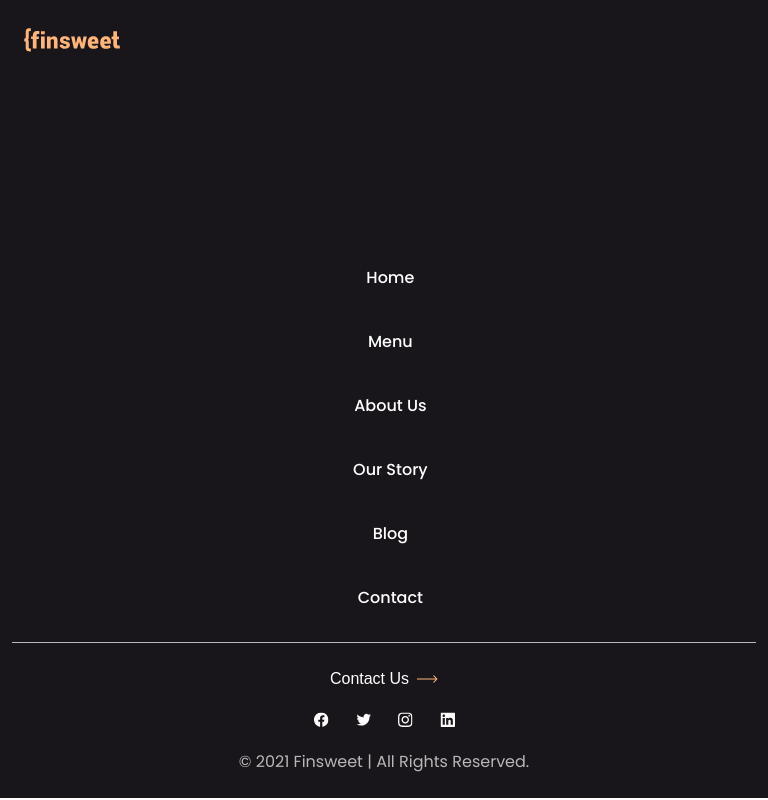
Repository: Minns-Cao/project-finsweet
Page: contact.html
These files come from the project's save history. The page is drawn as it stood at one moment and after the next save; the edit follows.
The browser window is 768 px wide. The pictures show the whole page.
Some web fonts or font styles are not loaded; a fallback is used.

Above is the page before, as saved 2023-04-28 14:51:09.

### contact.html
<!DOCTYPE html>
<html lang="en">
    <head>
        <meta charset="UTF-8" />
        <meta http-equiv="X-UA-Compatible" content="IE=edge" />
        <meta name="viewport" content="width=device-width, initial-scale=1.0" />
        <title>Finsweet</title>
        <!-- Reset CSS -->
        <link rel="stylesheet" href="./assets/css/reset.css" />
        <!-- Style -->
        <link rel="stylesheet" href="./assets/css/style.css" />
        <!-- Fonts -->
        <link rel="preconnect" href="https://fonts.googleapis.com" />
        <link rel="preconnect" href="https://fonts.gstatic.com" crossorigin />
        <link
            href="https://fonts.googleapis.com/css2?family=Playfair+Display:ital,wght@0,400;0,500;0,600;0,700;0,800;0,900;1,400;1,500;1,600;1,700;1,800;1,900&family=Poppins:ital,wght@0,300;0,400;0,500;0,600;1,300;1,400;1,500;1,600&display=swap"
            rel="stylesheet"
        />
    </head>
    <body>
        <!-- ========================================Contact Page================================================ -->
        <!-- Header -->
        <header class="fixed header">
            <div class="main-content">
                <div class="body">
                    <!-- Logo -->
                    <a href="./index.html"
                        ><img
                            src="./assets/img/Logo.svg"
                            alt="logo"
                            class="logo"
                    /></a>
                    <!-- Navigation -->
                    <div class="nav">
                        <ul>
                            <li>
                                <a href="./index.html">Home</a>
                            </li>
                            <li>
                                <a href="./menu.html">Menu</a>
                            </li>
                            <li>
                                <a href="./aboutUs.html">About Us</a>
                            </li>
                            <li>
                                <a href="./ourStory.html">Our Story</a>
                            </li>
                            <li>
                                <a href="./blog.html">Blog</a>
                            </li>
                            <li>
                                <a href="./contact.html">Contact</a>
                            </li>
                        </ul>
                    </div>
                    <!-- Action -->
                    <button class="action">
                        <span class="label">Clone Project</span>
                        <img
                            src="./assets/img/arrow-to-right.svg"
                            alt="arrow-to-right"
                            class="arrow-to-right"
                        />
                    </button>
                    <!-- Navigation Mobile -->

                </div>
            </div>
        </header>
        <!-- Footer -->
        <footer class="footer">
            <div class="main-content">
                <div class="body">
                    <!-- Logo -->
                    <a href="#"
                        ><img
                            src="./assets/img/Logo.svg"
                            alt="logo"
                            class="logo"
                    /></a>
                    <!-- Navigation -->
                    <div class="nav">
                        <ul>
                            <li>
                                <a href="./index.html">Home</a>
                            </li>
                            <li>
                                <a href="#">Menu</a>
                            </li>
                            <li>
                                <a href="./aboutUs.html">About Us</a>
                            </li>
                            <li>
                                <a href="./ourStory.html">Our Story</a>
                            </li>
                            <li>
                                <a href="./blog.html">Blog</a>
                            </li>
                            <li>
                                <a href="./contact.html">Contact</a>
                            </li>
                        </ul>
                    </div>
                    <!-- Contact-Footer -->
                    <div class="contact-footer">
                        <!-- Copyright -->
                        <div class="container">
                            <p class="copyright">
                                © 2021 Finsweet | All rights reserved.
                            </p>
                        </div>
                        <!-- Socials -->
                        <div class="socials-list">
                            <div class="social">
                                <img
                                    src="./assets/img/icon/icon_facebook.svg"
                                    alt="icon_facebook"
                                />
                            </div>
                            <div class="social">
                                <img
                                    src="./assets/img/icon/icon_twitter.svg"
                                    alt="icon_twitter"
                                />
                            </div>
                            <div class="social">
                                <img
                                    src="./assets/img/icon/icon_instagram.svg"
                                    alt="icon_instagram"
                                />
                            </div>
                            <div class="social">
                                <img
                                    src="./assets/img/icon/icon_linkin.svg"
                                    alt="icon_linkin"
                                />
                            </div>
                        </div>
                        <!-- action -->
                        <button
                            class="action"
                            onclick="window.location.href='./contact.html'"
                        >
                            <span class="label-med">Contact Us</span>
                            <svg
                                width="21"
                                height="8"
                                viewBox="0 0 21 8"
                                fill="none"
                                xmlns="http://www.w3.org/2000/svg"
                            >
                                <path
                                    d="M20.3536 4.35355C20.5488 4.15829 20.5488 3.84171 20.3536 3.64645L17.1716 0.464466C16.9763 0.269204 16.6597 0.269204 16.4645 0.464466C16.2692 0.659728 16.2692 0.976311 16.4645 1.17157L19.2929 4L16.4645 6.82843C16.2692 7.02369 16.2692 7.34027 16.4645 7.53553C16.6597 7.7308 16.9763 7.7308 17.1716 7.53553L20.3536 4.35355ZM0 4.5L20 4.5V3.5L0 3.5L0 4.5Z"
                                    fill="#FFB577"
                                />
                            </svg>
                        </button>
                    </div>
                </div>
            </div>
        </footer>
    </body>
</html>

### assets/css/style.css
* {
    box-sizing: border-box;
}

:root {
    --primary-color: #ffb577;
    --background-color: #19161b;
    --font-heading: Playfair Display, "serif";
}

html,
body {
    scroll-behavior: smooth;
}

html {
    font-size: 62.5%;
}

body {
    font-size: 1.6rem;
    font-family: "Poppins", sans-serif;
}

/* ================common=================*/
.main-content {
    width: 1280px;
    max-width: calc(100% - 48px);
    margin-left: auto;
    margin-right: auto;
}

a {
    text-decoration: none;
}

.btn {
    border: none;
    background: #ffb577;
    padding: 12px 24px;
}

.label-med {
    margin-right: 8px;
    font-weight: 500;
    font-size: 1.6rem;
    line-height: 1.5;
    color: #2e2d33;
}

.label-extransmall {
    font-weight: 500;
    font-size: 1.2rem;
    line-height: 1.33;
    color: #FFFFFF;
}

.heading {
    font-family: var(--font-heading);
    font-style: normal;
    color: #ffffff;
}

.lv1 {
    font-weight: 700;
    font-size: 5.6rem;
    line-height: 1.21;
}

.lv2 {
    font-weight: 700;
    font-size: 4.8rem;
    line-height: 1.21;
}

.lv3 {
    font-weight: 700;
    font-size: 3.3rem;
    line-height: 1.5;
}

.lv4 {
    font-weight: 700;
    font-size: 2rem;
    line-height: 1.5;
}

.lv5 {
    font-weight: 700;
    font-size: 1.4rem;
    line-height: 1.5;
}

.desc {
    font-weight: 400;
    font-size: 1.6rem;
    line-height: 1.75;
    color: #b8b8b8;
}

.caption {
    position: relative;
    display: inline-block;
    font-family: var(--font-heading);
    font-weight: 400;
    font-size: 1.6rem;
    line-height: 1.5;
    color: #ffb577;
}

.caption::after {
    position: absolute;
    content: "";
    display: block;
    width: 48px;
    border: 0.5px solid #ffffff;
    top: 50%;
    right: calc(-48px - 16px);
}

/* ================Header=================*/
.fixed {
    position: sticky;
    top: -20px;
    z-index: 1;
}

.header {
    background-color: var(--background-color);
}

.header .body {
    display: flex;
    align-items: center;
    padding: 28px 0px 8px;
}

.nav ul {
    display: flex;
    gap: 40px;
    margin-left: 50px;
}

.nav li a {
    font-weight: 500;
    font-size: 1.6rem;
    line-height: 1.5;
    color: #ffffff;
}

.header .action {
    display: flex;
    justify-content: center;
    align-items: center;
    margin-left: auto;
    border: none;
    background-color: var(--background-color);
}

.header .action .label {
    margin-right: 12px;
    color: #ffc492;
}

/* ================Footer=================*/

.footer {
    background-color: var(--background-color);
    padding-top: 160px;
    padding-bottom: 24px;
}

.footer .logo {
    display: block;
    margin-left: auto;
    margin-right: auto;
    transform: translateX(+10%);
}

.footer .nav{
    position: relative;
    display: flex;
    justify-content: center;
    align-items: center;

    margin-top: 43px;
}

.footer .nav::after {
    position: absolute;
    content: "";
    display: block;
    width: 97vw;
    height: 0.5px;
    background-color: #FFF;
    bottom: -32px;
    opacity: 0.7;
}

.contact-footer {
    display: flex;
    justify-content: space-between;
    align-items: center;
    margin-top: 56px;
}


.contact-footer .copyright {
    font-weight: 400;
    font-size: 1.6rem;
    line-height: 1.5;
    text-transform: capitalize;
    color: #B8B8B8;
}

.contact-footer .socials-list {
    display: flex;
    gap: 27px;
    transform: translateX(-50%);
}

.contact-footer .action {
    display: flex;
    justify-content: center;
    align-items: center;
    border: none;
    background-color: var(--background-color);
}

.contact-footer .action .label-med {
    color: #FFFFFF;
}


/* ==================Responsive==================== */

@media (max-width: 768px) {
    /* Header */
    .header .nav,
    .header .action {
        display: none;
    }

    /* Footer */
    .footer .logo {
        display: none;
    }

    .footer .nav ul {
        flex-direction: column;
        justify-content: center;
        align-items: center;
        transform: translateX(-25%);
    }

    .contact-footer {
        flex-direction: column-reverse;
        justify-content: center;
        align-items: center;
        gap: 20px;
    }

    .contact-footer .socials-list {
        justify-content: center;
        align-items: center;
        transform: translateX(0);
    }
}

Loaded but not shown: assets/css/reset.css (common file)

After the next save:
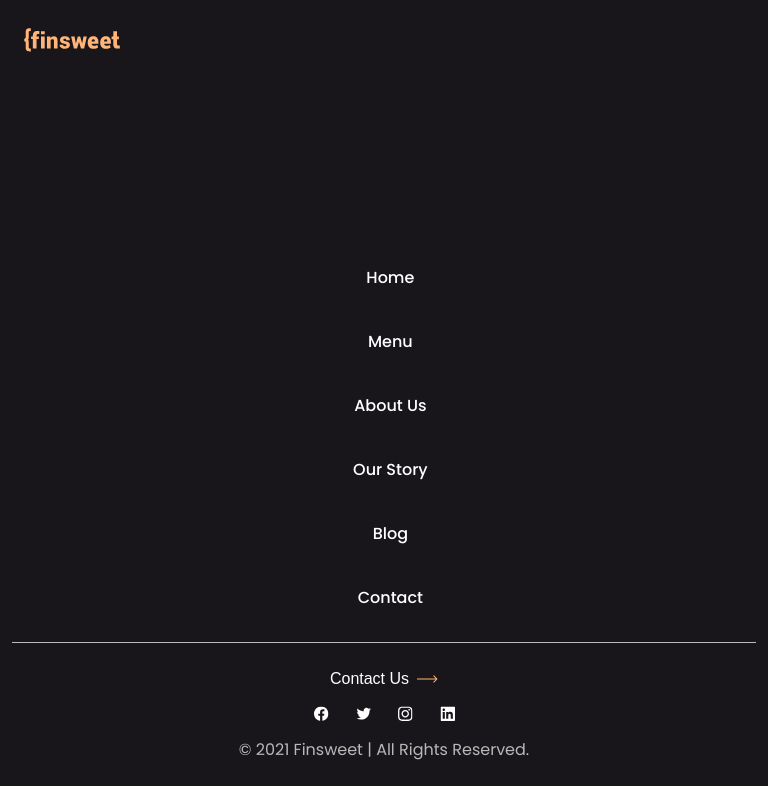
Saved 6 s later.
--- a/assets/css/style.css
+++ b/assets/css/style.css
@@ -257,7 +257,7 @@ a {
         flex-direction: column-reverse;
         justify-content: center;
         align-items: center;
-        gap: 20px;
+        gap: 14px;
     }
 
     .contact-footer .socials-list {
